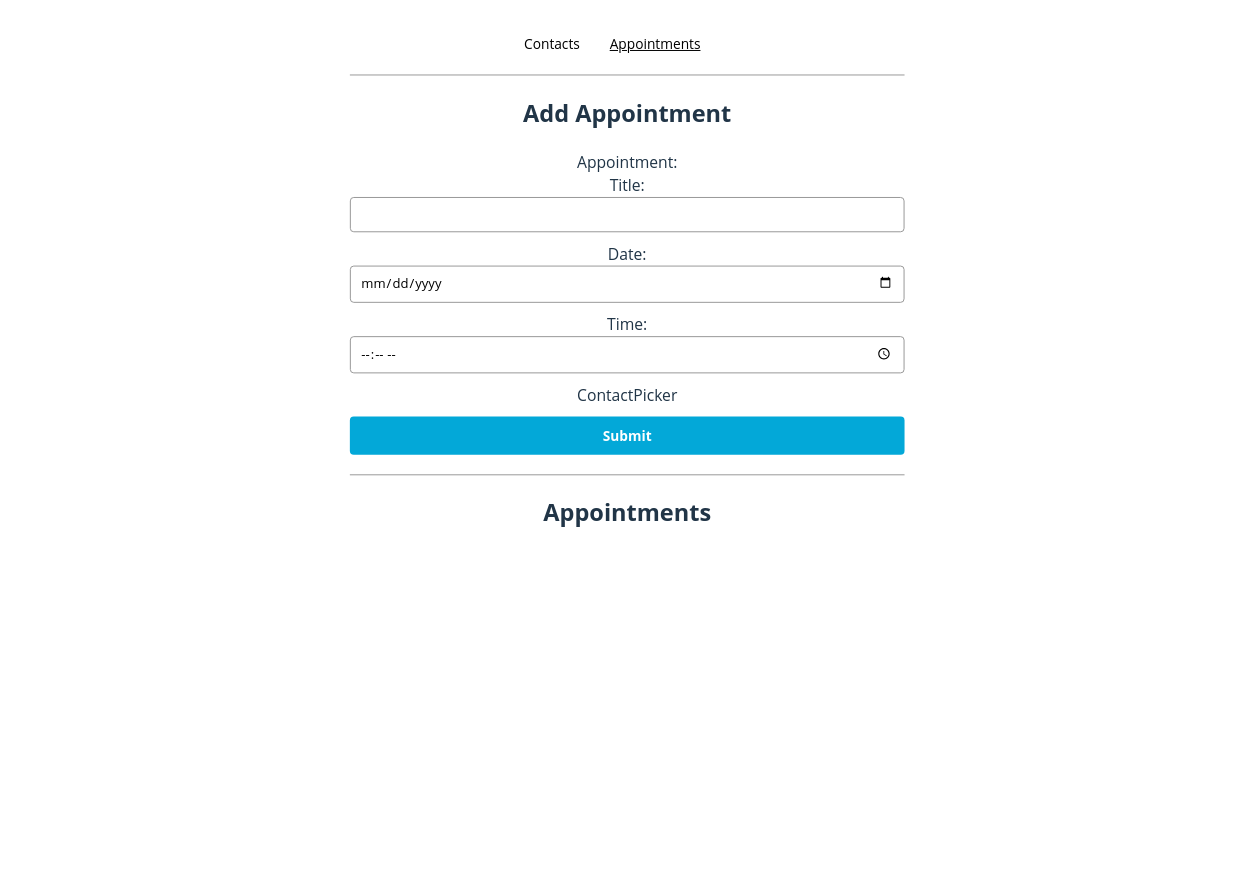
Repository: dnmyers/appointment-planner-v2.0
Page: /appointments
The author's editor kept a copy of each file at every save. The page is drawn from the files as they stood at one save, then again after the next save.
The browser window is 1280 px wide. The pictures show the whole page, at 98% of full size.
The project was rebuilt for these pictures with package versions that can differ from the ones it lists, and the page was loaded fresh each time. Also part of the build but not shown: vite.config.js, src/components/contactForm/ContactForm.jsx, src/containers/contactsPage/ContactsPage.jsx.

Above is the page before, as saved 2023-08-14 23:27:02.

After the next save:
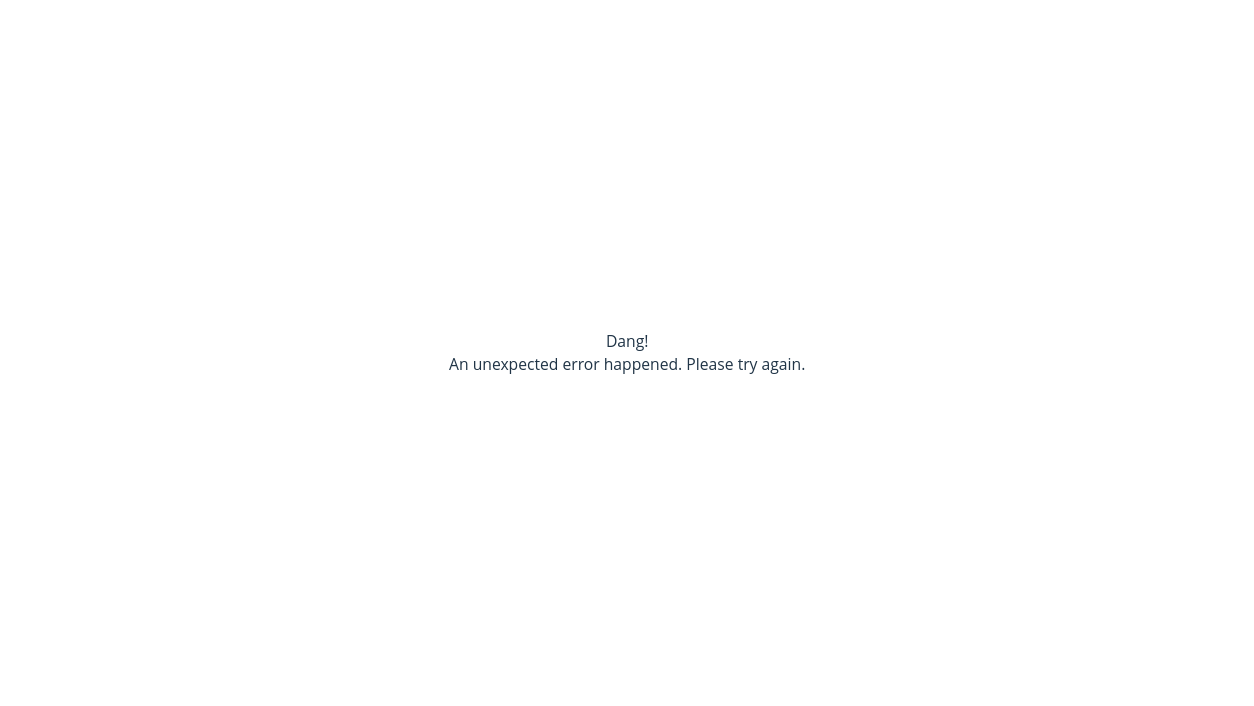
Console error: TypeError: Cannot read properties of undefined (reading 'map')
Saved 75 s later.
--- a/src/components/contactPicker/ContactPicker.jsx
+++ b/src/components/contactPicker/ContactPicker.jsx
@@ -1,8 +1,9 @@
-export const ContactPicker = (props) => {
+/* eslint-disable react/prop-types */
+export const ContactPicker = ({ contacts, onChange, value, name }) => {
     return (
         <>
             <div>ContactPicker</div>
-            {/* <label htmlFor='contact-select'>
+            <label htmlFor='contact-select'>
                 Select a contact:
             </label>
             <select name={name} id="contact-select" value={value} onChange={onChange}>
@@ -12,7 +13,7 @@
                         <option key={contact.name} value={contact.name}></option>
                     ))
                 }
-            </select> */}
+            </select>
         </>
     );
 };

After the 3 saves that followed:
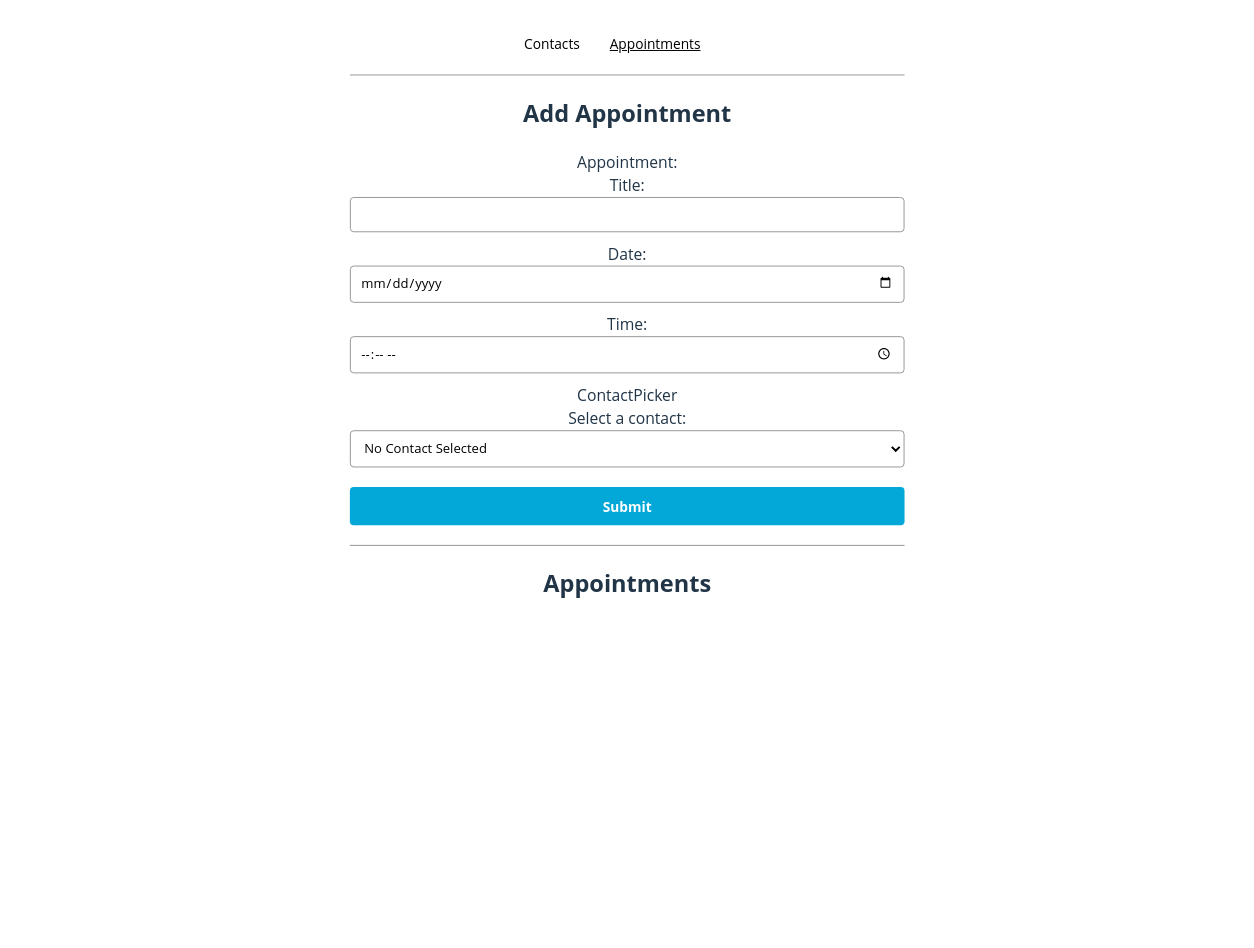
The error is gone.
The 3 saves are shown as one change because 2 left the picture as it was.
The last was saved 5 min 19 s later.
--- a/src/containers/appointmentsPage/AppointmentsPage.jsx
+++ b/src/containers/appointmentsPage/AppointmentsPage.jsx
@@ -8,7 +8,7 @@ import { TileList } from '../../components/tileList/TileList';
 export const AppointmentsPage = ({ appointments, contacts, addAppointment }) => {
 
     // state variables for appointment info
-    const [currentName, setCurrentName] = useState('');
+    const [name, setName] = useState('');
     const [contact, setContact] = useState('');
     const [date, setDate] = useState('');
     const [time, setTime] = useState('');
@@ -20,17 +20,16 @@ export const AppointmentsPage = ({ appointments, contacts, addAppointment }) =>
 
         // Add appointment
         const newAppointment = {
-            name: currentName,
-            description: {
-                date: date,
-                time: time,
-            },
+            name,
+            contact,
+            date,
+            time,
         };
 
         addAppointment(newAppointment);
 
         // Clear form
-        setCurrentName('');
+        setName('');
         setContact('');
         setDate('');
         setTime('');
@@ -41,14 +40,15 @@ export const AppointmentsPage = ({ appointments, contacts, addAppointment }) =>
             <section>
                 <h2>Add Appointment</h2>
                 <AppointmentForm
-                    name={currentName}
-                    setName={setCurrentName}
+                    name={name}
+                    setName={setName}
                     contact={contact}
                     setContact={setContact}
                     date={date}
                     setDate={setDate}
                     time={time}
                     setTime={setTime}
+                    contacts={contacts}
                     handleSubmit={handleSubmit}
                 />
             </section>
--- a/src/components/contactPicker/ContactPicker.jsx
+++ b/src/components/contactPicker/ContactPicker.jsx
@@ -6,7 +6,7 @@
             <label htmlFor='contact-select'>
                 Select a contact:
             </label>
-            <select name={name} id="contact-select" value={value} onChange={onChange}>
+            <select name={name} value={value} onChange={onChange} id="contact-select">
                 <option value="">No Contact Selected</option>
                 {
                     contacts.map(contact => (
